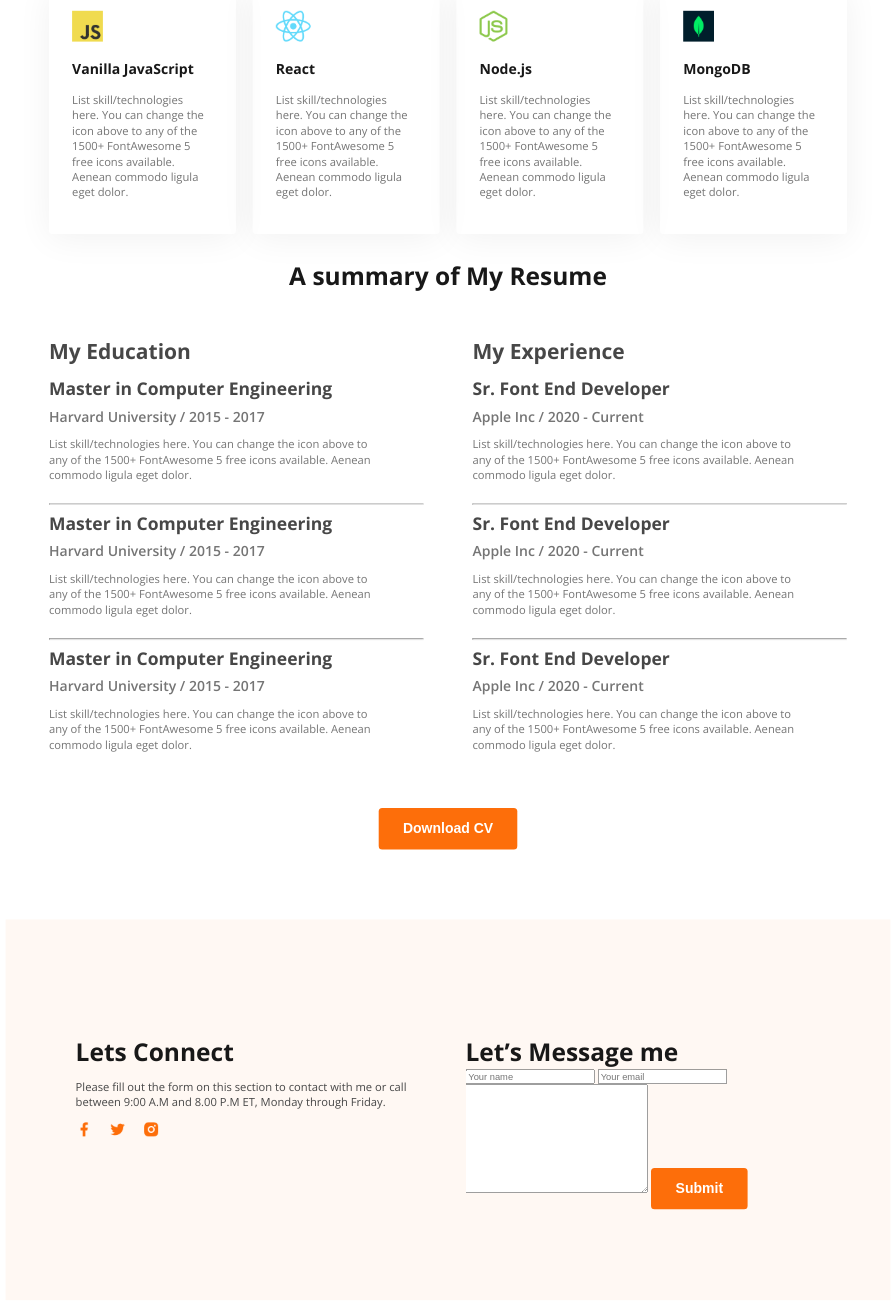
Repository: ShouravAhammed/Simple-Portfolio-Webpage
Page: index.html
An editor plug-in stored every save of this project. The page is shown before and after the next save, followed by the edit.
The browser window is 1280 px wide. The pictures show the part of the page from y = 1879 to 3799 px (the page is 3744 px tall before and 3799 px after), at 70% of full size.

Above is the page before, as saved 2024-01-06 04:07:10.

### index.html
<!DOCTYPE html>
<html lang="en">
<head>
    <meta charset="UTF-8">
    <meta name="viewport" content="width=device-width, initial-scale=1.0">
    <title>Mary</title>
    <link rel="stylesheet" href="index.css">
</head>
<body>
    <header class="header">
        <nav>
            <h3 class="nav-title">Ma<span class="text-primary">r</span>y</h3>
            <ul class="navber">
                <li><a href="">Portfolio</a></li>
                <li><a href="">Blog</a></li>
                <li><button class="btn-primary">Hire Me</button></li>
            </ul>
        </nav>
        <div class="banner">
            <div class="banner-content">
                <h3 class="banner-greeting">Hi, I  am</h3>
                <h1 class="banner-title">Mary Hardy</h1>
                <p class="banner-description">Shot what able cold new see hold.Friendly as an betrayed formerly he. Morning because as to society behaved moments.</p>
                <button class="btn-primary">Download</button>
                <button class="btn-primary">Contact</button>
            </div>
            <img class="profile-pic" src="images/hardy.png" alt="profile-pic">
        </div>
    </header>
    <main>
        <section class="about">
            <h3 class="section-title">About Me</h3>
            <p class="section-description">I, m a designer & developer with a passion for web design. I enjoy developing simple, clean and slick websites that provide real value to the end user. Thousands of clients have procured exceptional resulfs while working with me. Delivering work within time and budget which meets clients requirements in our mata.</p>
            <div class="about-info-container">
                <div class="about-info">
                    <h4 class="info-title">Name:</h4>
                    <p class="info-description">Mary Hardy</p>
                </div>
                <div class="about-info">
                    <h4 class="info-title">Email:</h4>
                    <p class="info-description">info@gmail.com</p>
                </div>
                <div class="about-info">
                    <h4 class="info-title">Date of birth:</h4>
                    <p class="info-description">11 November 1987</p>
                </div>
                <div class="about-info">
                    <h4 class="info-title">From:</h4>
                    <p class="info-description">Los Angeles, USA</p>
                </div>
            </div>
        </section>
        <!-- what i do section  -->
        <section>
            <h3 class="section-title">What I do</h3>
            <p id="what-i-do-description" class="section-description">I have more than 10 years experience building software for clients all over the world. Below is a quick overview of my main technical skill sets and technologies i use. Want to find out more about my experience? Check out my online resume and project portfolio.</p>
            <div class="skills-container">
                <div class="skills">
                    <img src="images/icons/js.png" alt="">
                    <h3 class="skills-title">Vanilla JavaScript</h3>
                    <p class="skills-description">List skill/technologies here. You can change the icon above to any of the 1500+ FontAwesome 5 free icons available. Aenean commodo ligula eget dolor.</p>
                </div>
                <div class="skills">
                    <img src="images/icons/react.png" alt="">
                    <h3 class="skills-title">React</h3>
                    <p class="skills-description">List skill/technologies here. You can change the icon above to any of the 1500+ FontAwesome 5 free icons available. Aenean commodo ligula eget dolor.</p>
                </div>
                <div class="skills">
                    <img src="images/icons/nodejs.png" alt="">
                    <h3 class="skills-title">Node.js</h3>
                    <p class="skills-description">List skill/technologies here. You can change the icon above to any of the 1500+ FontAwesome 5 free icons available. Aenean commodo ligula eget dolor.</p>
                </div>
                <div class="skills">
                    <img src="images/icons/mongo.png" alt="">
                    <h3 class="skills-title">MongoDB</h3>
                    <p class="skills-description">List skill/technologies here. You can change the icon above to any of the 1500+ FontAwesome 5 free icons available. Aenean commodo ligula eget dolor.</p>
                </div>
            </div>
        </section>
        <!-- Resume section -->
        <section>
            <h3 class="section-title">A summary of My Resume</h3>
            <div class="resume-container">
                <div class="resume-colum">
                    <h3 class="resume-column-title">My Education</h3>
                    <div class="resume-item">
                        <h3 class="resume-item-title">Master in Computer Engineering</h3>
                        <h4 class="resume-item-institute">Harvard University / 2015 - 2017</h4>
                        <p class="resume-item-description">List skill/technologies here. You can change the icon above
                            to any of the 1500+ FontAwesome 5 free icons available. Aenean commodo ligula eget dolor.</p>
                    </div>
                    <hr>
                    <div class="resume-item">
                        <h3 class="resume-item-title">Master in Computer Engineering</h3>
                        <h4 class="resume-item-institute">Harvard University / 2015 - 2017</h4>
                        <p class="resume-item-description">List skill/technologies here. You can change the icon above
                            to any of the 1500+ FontAwesome 5 free icons available. Aenean commodo ligula eget dolor.</p>
                    </div>
                    <hr>
                    <div class="resume-item">
                        <h3 class="resume-item-title">Master in Computer Engineering</h3>
                        <h4 class="resume-item-institute">Harvard University / 2015 - 2017</h4>
                        <p class="resume-item-description">List skill/technologies here. You can change the icon above
                            to any of the 1500+ FontAwesome 5 free icons available. Aenean commodo ligula eget dolor.</p>
                    </div>
                </div>
                <div class="resume-colum">
                    <h3 class="resume-column-title">My Experience</h3>
                    <div class="resume-item">
                        <h3 class="resume-item-title">Sr. Font End Developer</h3>
                        <h4 class="resume-item-institute">Apple Inc / 2020 - Current</h4>
                        <p class="resume-item-description">List skill/technologies here. You can change the icon above
                            to any of the 1500+ FontAwesome 5 free icons available. Aenean commodo ligula eget dolor.</p>
                    </div>
                    <hr>
                    <div class="resume-item">
                        <h3 class="resume-item-title">Sr. Font End Developer</h3>
                        <h4 class="resume-item-institute">Apple Inc / 2020 - Current</h4>
                        <p class="resume-item-description">List skill/technologies here. You can change the icon above
                            to any of the 1500+ FontAwesome 5 free icons available. Aenean commodo ligula eget dolor.</p>
                    </div>
                    <hr>
                    <div class="resume-item">
                        <h3 class="resume-item-title">Sr. Font End Developer</h3>
                        <h4 class="resume-item-institute">Apple Inc / 2020 - Current</h4>
                        <p class="resume-item-description">List skill/technologies here. You can change the icon above
                            to any of the 1500+ FontAwesome 5 free icons available. Aenean commodo ligula eget dolor.</p>
                    </div>
                </div>
            </div>
            <div class="download-cv">
                <button class="btn-primary">Download CV</button>
            </div>
        </section>
    </main>
    <footer>
        <div class="footer-column">
            <h3 class="section-title left-align">Lets Connect</h3>
            <p class="footer-description">Please fill out the form on this section to contact with me or call between 9:00 A.M and 8.00 P.M ET, Monday through Friday.</p>
            <div class="social-link">
                <a href=""><img src="images/icons/facebook.png" alt="facebook"></a>
                <a href=""><img src="images/icons/twitter.png" alt="twitter"></a>
                <a href=""><img src="images/icons/insta.png" alt="insta"></a>
            </div>
        </div>
        <div class="footer-column">
            <h3 class="section-title left-align">Let’s Message me</h3>
            <form class="contact" action="">
                <input type="name" placeholder="Your name" alt="">
                <input type="email" placeholder="Your email" alt="">
                <textarea name="" id="" cols="30" rows="10"></textarea>
                <input type="submit" class="btn-primary">
            </form>
        </div>

    </footer>
</body>
</html>

### index.css
@import url('https://fonts.googleapis.com/css2?family=Lato:ital,wght@0,100;0,300;0,400;0,700;0,900;1,100;1,300;1,400;1,700;1,900&display=swap');
@import url('https://fonts.googleapis.com/css2?family=Open+Sans:ital,wght@0,300;0,400;0,500;0,600;0,700;0,800;1,300;1,400;1,500;1,600;1,700;1,800&display=swap');
/* google fonts import */
/* *{
    margin: 0;
    padding: 0;
    outline: 0;
} */
ul, ol{
    list-style: none;
}
body{
    font-family: 'Open Sans', sans-serif;
}
.text-primary{
    color: #FD6E0A;
}
.btn-primary{
    border-radius: 5px;
    color: #fff;
    background: #FD6E0A;
    font-size: 20px;
    font-weight: 700;
    padding: 18px 35px;
    border: 0;
}

/* nav related style */
nav{
    display: flex;
    justify-content: space-between;
    align-items: center;
    margin: 0 200px;
}
.nav-title{
    color: #181818;
    font-size: 45px;
    font-weight: 800;
}
nav > ul{
    display: flex;
    align-items: center;
}
nav li{
    margin-right: 50px;
}
nav a{
    text-decoration: none;
    color: #474747;
}
/* header related style */
.header{
    background: #FFF8F3;
    background-image: url(images/header_bg.png);
    background-position: bottom right;
    background-repeat: no-repeat;
}
.banner{
    display: flex;
    justify-content: space-between;
    padding: 30px 30px 0px 150px;
    align-items: center;
}
.banner-content{
    max-width: 580px;
}
.banner .profile-pic{
    width: 500px;
}
.banner-greeting{
    color: #474747;
    font-size: 45px;
    margin-bottom: 0;
}
.banner-title{
    color: #181818;
    font-size: 85px;
    font-weight: 700;
    margin-top: 5px;
    margin-bottom: 20px;
}
.banner-description{
    color: #575757;
    font-size: 18px;
    font-weight: 400;
    margin-bottom: 20px;
}
/* main part style */
main{
    max-width: 1140px;
    margin: 0 auto;
}
/* about part style */
.about{
    border-radius: 10px;
    background: #FFF8F3;
    margin: 130px 0px;
    padding: 130px 155px;
}
.section-title{
    color: #181818;
    text-align: center;
    font-size: 35px;
    font-weight: 700;
}
.section-description{
    color: #757575;
    text-align: center;
    font-size: 18px;
    font-weight: 400;
}
.about-info-container{
    display: flex;
    justify-content: space-around;
}
.about-info{
    text-align: center;
}
.info-title{
    color:  #757575;
    text-align: center;
    font-size: 20px;
    font-weight: 400;
    margin-bottom: 0px;
}
.info-description{
    color:#474747;
    font-size: 20px;
    font-weight: 700;
    margin-top: 10px;
}
#what-i-do-description{
    padding: 30px 150px;
}
/* what i do section style */
.skills-container{
    display: flex;
    gap: 24px;
}
.skills{
    border-radius: 5px;
    box-shadow: 0px 6px 50px 0px rgba(0, 0, 0, 0.06);
    padding: 33px
}
.skills-title{
    color: #181818;
    font-size: 20px;
    font-weight: 700;
}
.skills-description{
    color:#757575;
    font-size: 16px;
    font-weight: 400;
}
/* Resume sectionpart start */
.resume-container{
    display: flex;
    gap: 70px;
}
.resume-container hr{
    background: #d1d1d1;
    height: 0.1px;
}
.resume-column-title{
    color:#474747;
    font-size: 30px;
    font-weight: 700;
    margin-bottom: 15px;
}
.resume-item-title{
    color: #474747;
    font-size: 25px;
    font-weight: 700;
    margin-top: 0px;
    margin-bottom: 10px;
}
.resume-item-institute{
    color: #757575;
    font-size: 20px;
    font-weight: 600;
    margin-top: 0px;
    margin-bottom: 15px;
}
.resume-item-description{
    color: #757575;
    font-size: 16px;
    font-weight: 400;
    margin-top: 10px;
    margin-bottom: 30px;
    padding-right: 50px;
}
.download-cv{
    text-align: center;
    margin-top: 50px;
}
/* footer part style */
footer{
    display: flex;
    gap: 50px;
    background: #fff8f3;
    padding: 130px 100px;
    margin-top: 100px;
}
.footer-column{
    width: 50%;
}
.footer-description{
    color: #474747;
    font-size: 16px;
    font-weight: 400;
}
.left-align{
    margin-bottom: 0px;
    text-align: left;
}
.social-link a{
    margin-right: 20px;
}

After the next save:
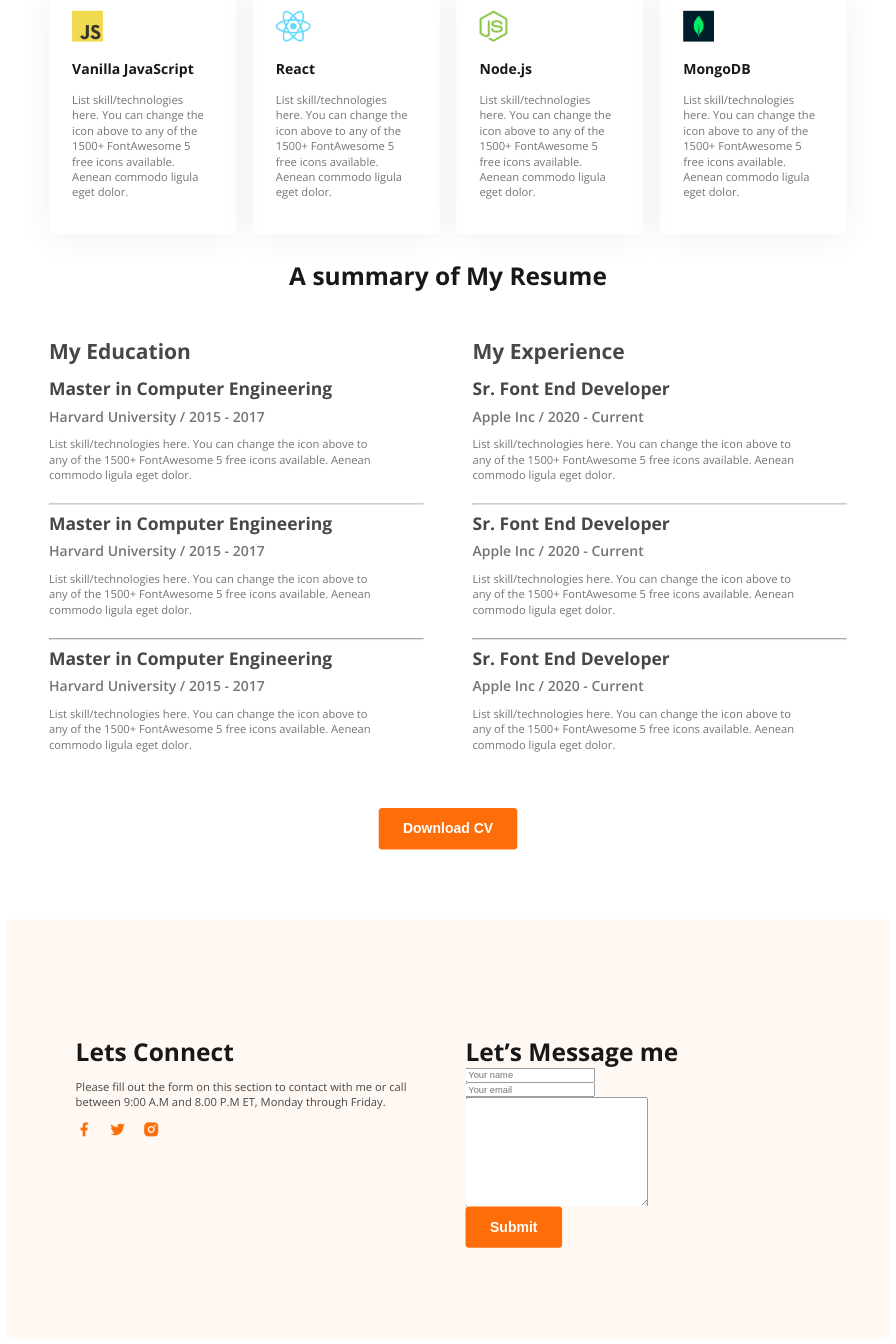
Saved 2 min 50 s later.
--- a/index.css
+++ b/index.css
@@ -216,3 +216,6 @@ footer{
 .social-link a{
     margin-right: 20px;
 }
+.contact input, textarea{
+    display: block;
+}
